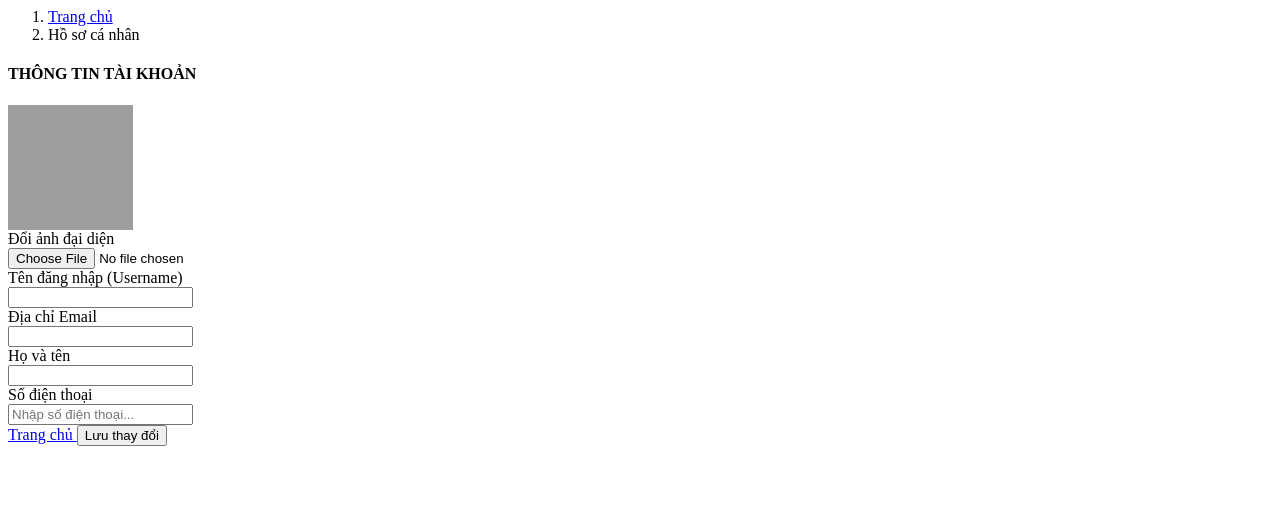
Repository: tanguyenhuy/LapTrinhWeb_BT4
Page: http://localhost/bt1/views/profile.jsp
The author's editor kept a copy of each file at every save. The page is drawn from the files as they stood at one save, then again after the next save.
The browser window is 1280 px wide. The pictures show the whole page.
Pictures or frames that could not be fetched are drawn as grey boxes. The page is served by Tomcat 10. Nobody is signed in. The application's start-up code is not run. Other server files are loaded and not shown.

Above is the page before, as saved 2026-09-05 10:49:06.

### bt1/src/main/webapp/views/profile.jsp
<%@ page language="java" contentType="text/html; charset=UTF-8" pageEncoding="UTF-8"%>
<%@ taglib uri="jakarta.tags.core" prefix="c" %>

<head>
    <title>Hồ Sơ Cá Nhân - ${user.fullname}</title>
</head>
<body>
    <nav aria-label="breadcrumb" class="mb-4">
        <ol class="breadcrumb">
            <li class="breadcrumb-item"><a href="${pageContext.request.contextPath}/home" class="text-decoration-none">Trang chủ</a></li>
            <li class="breadcrumb-item active" aria-current="page">Hồ sơ cá nhân</li>
        </ol>
    </nav>

    <div class="row justify-content-center my-3">
        <div class="col-12 col-md-8 col-lg-6">
            <div class="card shadow-sm border-0 rounded-3">
                <div class="card-body p-4 p-md-5">
                    <h4 class="card-title text-center fw-bold text-primary mb-4">
                        <i class="bi bi-person-gear me-2"></i>THÔNG TIN TÀI KHOẢN
                    </h4>

                    <c:if test="${message != null}">
                        <div class="alert alert-success alert-dismissible fade show py-2 small" role="alert">
                            <i class="bi bi-check-circle-fill me-1"></i> ${message}
                            <button type="button" class="btn-close py-2" data-bs-dismiss="alert" aria-label="Close"></button>
                        </div>
                    </c:if>

                    <form action="${pageContext.request.contextPath}/home/profile" method="post" enctype="multipart/form-data">

                        <div class="text-center mb-4">
                            <div class="d-inline-block position-relative">
                                <c:choose>
                                    <c:when test="${user.images != null && user.images.startsWith('http')}">
                                        <img src="${user.images}" alt="Avatar" class="rounded-circle shadow-sm border border-3 border-primary-subtle" style="width: 125px; height: 125px; object-fit: cover;">
                                    </c:when>
                                    <c:when test="${user.images != null && !empty user.images}">
                                        <img src="${pageContext.request.contextPath}/image?fname=${user.images}" alt="Avatar" class="rounded-circle shadow-sm border border-3 border-primary-subtle" style="width: 125px; height: 125px; object-fit: cover;">
                                    </c:when>
                                    <c:otherwise>
                                        <img src="https://ui-avatars.com/api/?name=${user.username}&size=125&background=0d6efd&color=fff" alt="Avatar" class="rounded-circle shadow-sm border border-3 border-primary-subtle" style="width: 125px; height: 125px; object-fit: cover;">
                                    </c:otherwise>
                                </c:choose>
                            </div>
                        </div>

                        <div class="mb-3">
                            <label for="imageFile" class="form-label fw-semibold">Đổi ảnh đại diện</label>
                            <div class="input-group">
                                <span class="input-group-text bg-light"><i class="bi bi-camera"></i></span>
                                <input class="form-control" type="file" id="imageFile" name="imageFile" accept="image/*">
                            </div>
                        </div>

                        <div class="mb-3">
                            <label class="form-label fw-semibold">Tên đăng nhập (Username)</label>
                            <div class="input-group">
                                <span class="input-group-text bg-light"><i class="bi bi-person"></i></span>
                                <input type="text" class="form-control bg-light text-muted" value="${user.username}" readonly>
                            </div>
                        </div>

                        <div class="mb-3">
                            <label class="form-label fw-semibold">Địa chỉ Email</label>
                            <div class="input-group">
                                <span class="input-group-text bg-light"><i class="bi bi-envelope"></i></span>
                                <input type="email" class="form-control bg-light text-muted" value="${user.email}" readonly>
                            </div>
                        </div>

                        <div class="mb-3">
                            <label for="fullname" class="form-label fw-semibold">Họ và tên</label>
                            <div class="input-group">
                                <span class="input-group-text bg-light"><i class="bi bi-card-text"></i></span>
                                <input type="text" class="form-control" id="fullname" name="fullname" value="${user.fullname}" required>
                            </div>
                        </div>

                        <div class="mb-4">
                            <label for="phone" class="form-label fw-semibold">Số điện thoại</label>
                            <div class="input-group">
                                <span class="input-group-text bg-light"><i class="bi bi-telephone"></i></span>
                                <input type="text" class="form-control" id="phone" name="phone" value="${user.phone}" placeholder="Nhập số điện thoại...">
                            </div>
                        </div>

                        <div class="d-flex justify-content-between align-items-center pt-2">
                            <a href="${pageContext.request.contextPath}/home" class="btn btn-outline-secondary">
                                <i class="bi bi-arrow-left me-1"></i> Trang chủ
                            </a>
                            <button type="submit" class="btn btn-primary px-4 fw-semibold">
                                <i class="bi bi-check2-circle me-1"></i> Lưu thay đổi
                            </button>
                        </div>
                    </form>
                </div>
            </div>
        </div>
    </div>
</body>

After the next save:
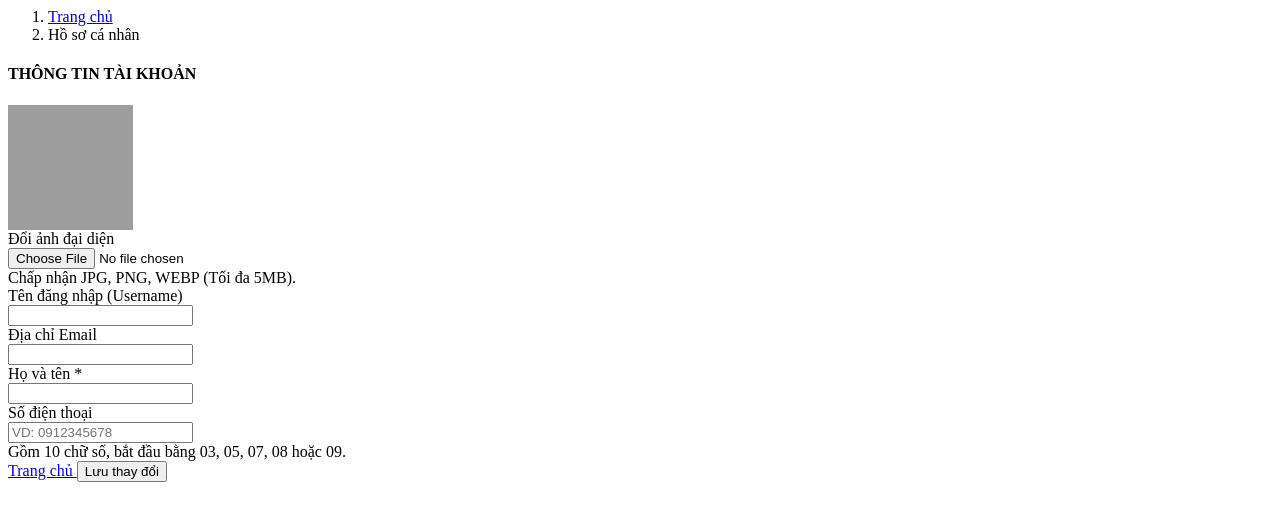
Saved 28 s later.
--- a/bt1/src/main/webapp/views/profile.jsp
+++ b/bt1/src/main/webapp/views/profile.jsp
@@ -20,7 +20,16 @@
                         <i class="bi bi-person-gear me-2"></i>THÔNG TIN TÀI KHOẢN
                     </h4>
 
-                    <c:if test="${message != null}">
+                    <!-- Thông báo lỗi khi cập nhật thất bại -->
+                    <c:if test="${not empty error}">
+                        <div class="alert alert-danger alert-dismissible fade show py-2 small" role="alert">
+                            <i class="bi bi-exclamation-triangle-fill me-1"></i> ${error}
+                            <button type="button" class="btn-close py-2" data-bs-dismiss="alert" aria-label="Close"></button>
+                        </div>
+                    </c:if>
+
+                    <!-- Thông báo thành công -->
+                    <c:if test="${not empty message}">
                         <div class="alert alert-success alert-dismissible fade show py-2 small" role="alert">
                             <i class="bi bi-check-circle-fill me-1"></i> ${message}
                             <button type="button" class="btn-close py-2" data-bs-dismiss="alert" aria-label="Close"></button>
@@ -35,7 +44,7 @@
                                     <c:when test="${user.images != null && user.images.startsWith('http')}">
                                         <img src="${user.images}" alt="Avatar" class="rounded-circle shadow-sm border border-3 border-primary-subtle" style="width: 125px; height: 125px; object-fit: cover;">
                                     </c:when>
-                                    <c:when test="${user.images != null && !empty user.images}">
+                                    <c:when test="${user.images != null && not empty user.images}">
                                         <img src="${pageContext.request.contextPath}/image?fname=${user.images}" alt="Avatar" class="rounded-circle shadow-sm border border-3 border-primary-subtle" style="width: 125px; height: 125px; object-fit: cover;">
                                     </c:when>
                                     <c:otherwise>
@@ -51,6 +60,7 @@
                                 <span class="input-group-text bg-light"><i class="bi bi-camera"></i></span>
                                 <input class="form-control" type="file" id="imageFile" name="imageFile" accept="image/*">
                             </div>
+                            <div class="form-text text-muted small">Chấp nhận JPG, PNG, WEBP (Tối đa 5MB).</div>
                         </div>
 
                         <div class="mb-3">
@@ -70,10 +80,11 @@
                         </div>
 
                         <div class="mb-3">
-                            <label for="fullname" class="form-label fw-semibold">Họ và tên</label>
+                            <label for="fullname" class="form-label fw-semibold">Họ và tên <span class="text-danger">*</span></label>
                             <div class="input-group">
                                 <span class="input-group-text bg-light"><i class="bi bi-card-text"></i></span>
-                                <input type="text" class="form-control" id="fullname" name="fullname" value="${user.fullname}" required>
+                                <input type="text" class="form-control" id="fullname" name="fullname"
+                                       value="${user.fullname}" minlength="2" maxlength="100" required>
                             </div>
                         </div>
 
@@ -81,8 +92,11 @@
                             <label for="phone" class="form-label fw-semibold">Số điện thoại</label>
                             <div class="input-group">
                                 <span class="input-group-text bg-light"><i class="bi bi-telephone"></i></span>
-                                <input type="text" class="form-control" id="phone" name="phone" value="${user.phone}" placeholder="Nhập số điện thoại...">
+                                <input type="tel" class="form-control" id="phone" name="phone"
+                                       value="${user.phone}" placeholder="VD: 0912345678"
+                                       pattern="(03|05|07|08|09)[0-9]{8}" maxlength="10">
                             </div>
+                            <div class="form-text text-muted small">Gồm 10 chữ số, bắt đầu bằng 03, 05, 07, 08 hoặc 09.</div>
                         </div>
 
                         <div class="d-flex justify-content-between align-items-center pt-2">
